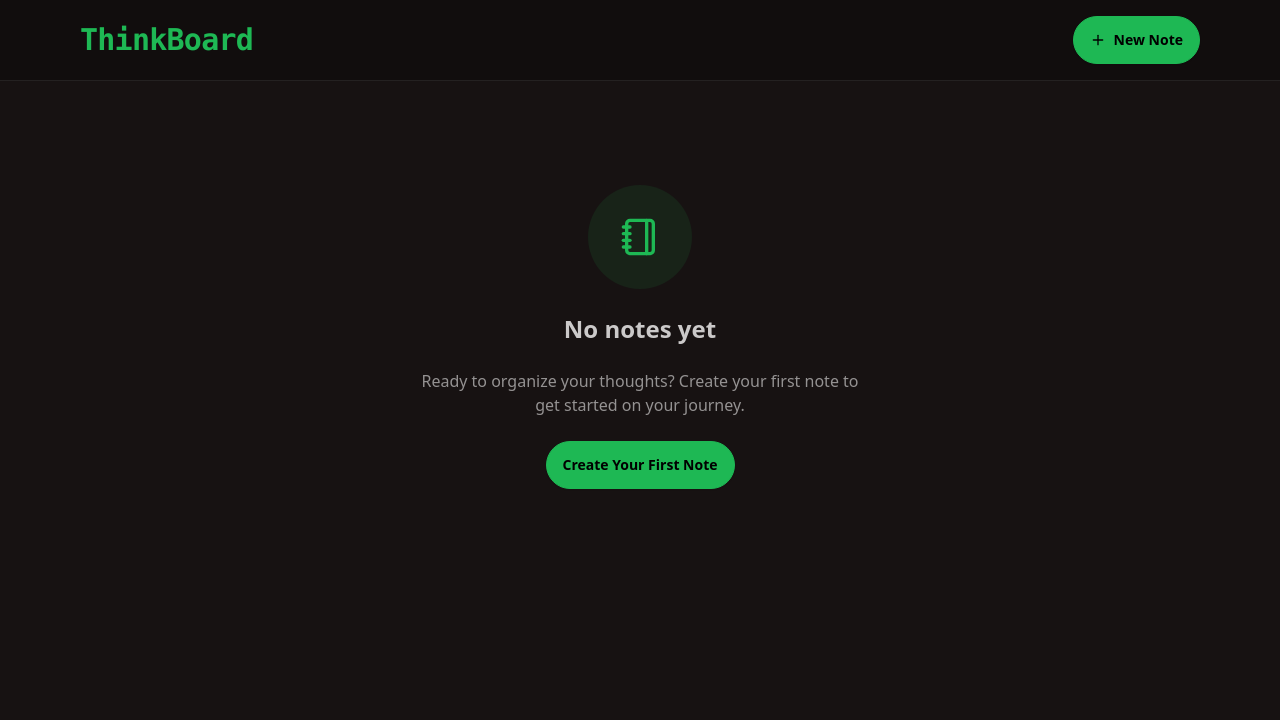
Repository: Harsha201105/ThinkBoard
Page: / (app in frontend/)
The author's editor kept a copy of each file at every save. The page is drawn from the files as they stood at one save, then again after the next save.
The browser window is 1280 px wide. The pictures show the whole page.
The page's requests for data from a server got no answer. The project was rebuilt for these pictures with package versions that can differ from the ones it lists, and the page was loaded fresh each time. No one was signed in, and anything a server would have sent is missing. Also part of the build but not shown: frontend/vite.config.js, frontend/src/components/RateLimitedUI.jsx, frontend/src/components/NoteCard.jsx, frontend/src/pages/CreatePage.jsx, frontend/src/pages/NoteDetailPage.jsx.

Above is the page before, as saved 2025-09-09 09:51:08.

### frontend/src/main.jsx
import { StrictMode } from 'react'
import { createRoot } from 'react-dom/client'
import './index.css'
import App from './App.jsx'
import { BrowserRouter } from 'react-router-dom'
import {Toaster} from 'react-hot-toast'

createRoot(document.getElementById('root')).render(
  <StrictMode>
    <BrowserRouter>
      <App />
      <Toaster />
    </BrowserRouter>
  </StrictMode>
)

### frontend/src/App.jsx
import React from 'react'
import HomePage from './pages/HomePage.jsx'
import CreatePage from './pages/CreatePage.jsx'
import NoteDetailPage from './pages/NoteDetailPage.jsx'
import { Routes, Route } from 'react-router-dom'
// import toast from 'react-hot-toast'
// import {Toaster} from 'react-hot-toast'

const App = () => {
  return (
    <div className="relative h-full w-full" data-theme="forest">
      <div className='absolute inset-0 -z-10 h-full w-full items-center px-5 py-24 [background:radial-gradient(125%_125%_at_50%_10%,#000_60%,#00FF9D40_100%)]' />
      <Routes>
        <Route path="/" element={<HomePage />} />
        <Route path="/create" element={<CreatePage />} />
        <Route path="/note/:id" element={<NoteDetailPage />} />
      </Routes>
    </div>
  )
};

export default App

### frontend/src/pages/HomePage.jsx
import React, { useEffect } from 'react'
import NavBar from '../components/NavBar.jsx'
import RateLimitedUI from '../components/RateLimitedUI.jsx'
import { useState } from 'react'
import axios from 'axios';
import toast from 'react-hot-toast';
import NoteCard from '../components/NoteCard.jsx';
import NotesNotFound from '../components/NotesNotFound.jsx';



const HomePage = () => {
  const [isRateLimited, setIsRateLimited] = useState(false);
  const [Notes,setNotes]=useState([]);
  const [Loading,setLoading]=useState(true);


  useEffect(()=>{
    const fetchNotes = async()=>{
      try{
        const res = await axios.get("http://localhost:5001/api/notes");
        console.log(res.data);
        setNotes(res.data);
        setIsRateLimited(false);
      }
      catch(error){
        console.log("Error in fetching notes");
        if(error.response?.status==429){
          setIsRateLimited(true);
        }
        else{
          toast.error("Failed to fetch notes");
        }
      }
      finally{
        setLoading(false);
      }
    }

    fetchNotes();
  },[])

  return <div className='min-h-screen'>
    <NavBar />

    {isRateLimited && <RateLimitedUI />}

    <div className='max-w-7xl mx-auto p-4 mt-6'>
      {Loading && <div className='text-center text-primary py-10'>Loading Notes...</div> }
      {Notes.length===0 && !isRateLimited && <NotesNotFound />}


      {Notes.length>0 && !isRateLimited &&(
        <div className="grid grid-cols-1 md:grid-cols-2 lg:grid-cols-3 gap-6">
          {Notes.map((note)=>(
            <NoteCard key={note._id} note={note} setNotes={setNotes}/>
          ))}
        </div>
      )}
    </div>
  </div>
}

export default HomePage

### frontend/src/components/NavBar.jsx
import { PlusIcon } from 'lucide-react'
import React from 'react'
import { Link } from 'react-router-dom'

const NavBar = () => {
  return (
    <header className='bg-base-300 border-b border-base-content/10'>
        <div className='mx-auto max-w-6xl p-4'>
            <div className='flex items-center justify-between'>
                <h1 className='text-3xl font-bold text-primary font-mono tracking-tight'>ThinkBoard</h1>
                <div className='flex items-center gap-4'>
                    <Link to={"/Create"} className="btn btn-primary">
                    <PlusIcon className='size-4' />
                    <span>New Note</span>
                    </Link>
                </div>
            </div>
        </div>
    </header>




  )
}
export default NavBar

### frontend/src/components/NotesNotFound.jsx
import React from 'react'
import { NotebookIcon } from 'lucide-react'
import { Link } from 'react-router-dom'

const NotesNotFound = () => {
  return (
    <div className="flex flex-col items-center justify-center py-16 space-y-6 max-w-md mx-auto text-center">
      <div className="bg-primary/10 rounded-full p-8">
        <NotebookIcon className="size-10 text-primary" />
      </div>
      <h3 className="text-2xl font-bold">No notes yet</h3>
      <p className="text-base-content/70">
        Ready to organize your thoughts? Create your first note to get started on your journey.
      </p>
      <Link to="/create" className="btn btn-primary">
        Create Your First Note
      </Link>
    </div>
  );
};

export default NotesNotFound

### frontend/tailwind.config.js
import daisyui from 'daisyui';

/** @type {import('tailwindcss').Config} */
export default {
  content: [
    "./index.html",
    "./src/**/*.{js,ts,jsx,tsx}",
  ],
  theme: {
    extend: {},
  },
  plugins: [daisyui],
  daisyui:{
    themes:["forest"]
  }
}

Loaded but not shown: frontend/index.html (common file); frontend/src/index.css (common file)

After the next save:
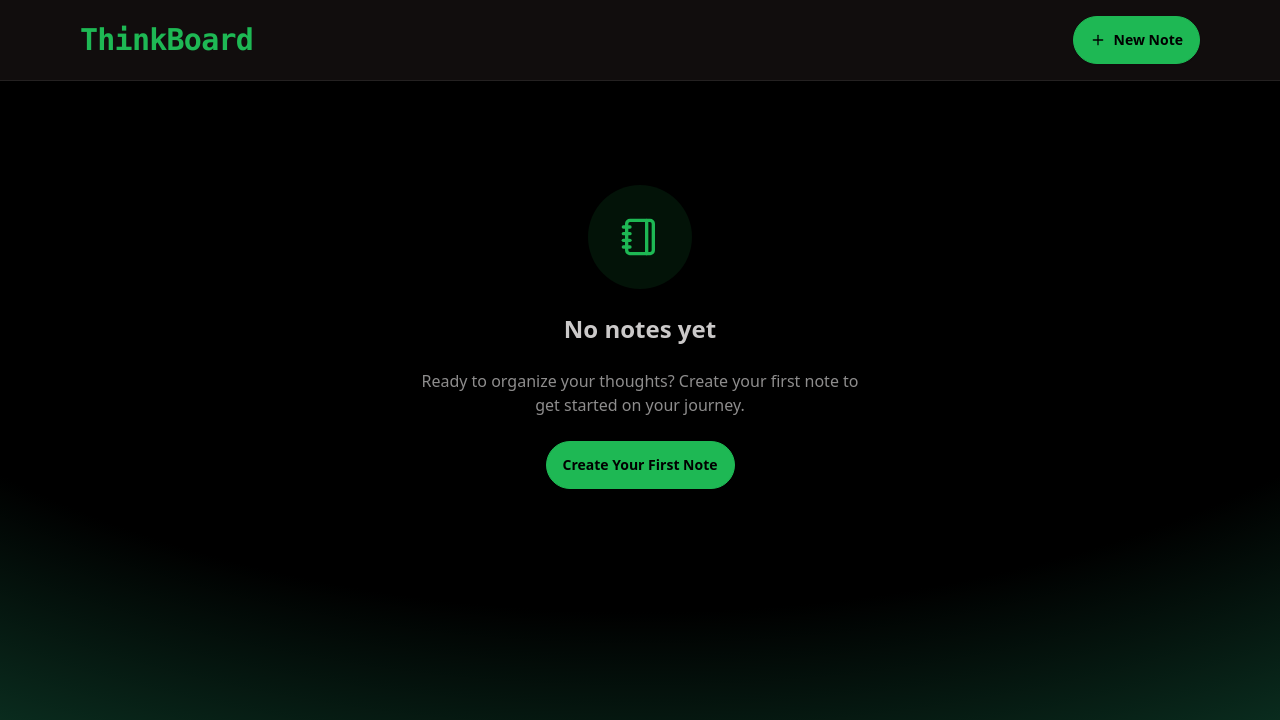
Saved 3 min 30 s later.
--- a/frontend/src/App.jsx
+++ b/frontend/src/App.jsx
@@ -8,7 +8,7 @@
 
 const App = () => {
   return (
-    <div className="relative h-full w-full" data-theme="forest">
+    <div className="relative h-full w-full" >
       <div className='absolute inset-0 -z-10 h-full w-full items-center px-5 py-24 [background:radial-gradient(125%_125%_at_50%_10%,#000_60%,#00FF9D40_100%)]' />
       <Routes>
         <Route path="/" element={<HomePage />} />
